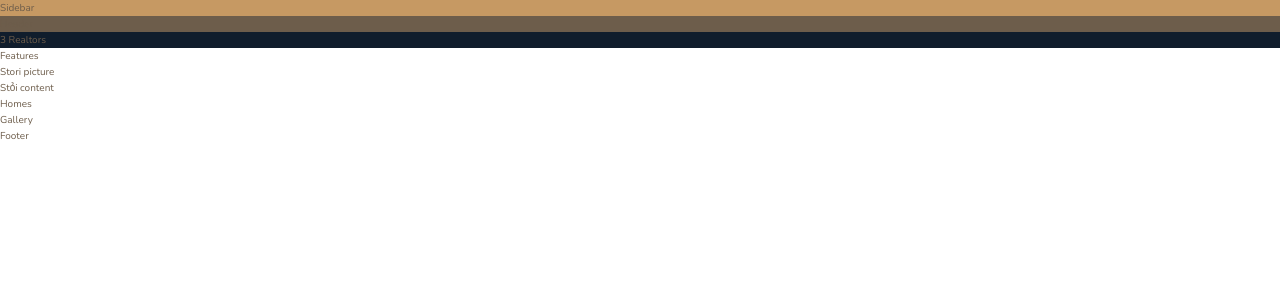
Repository: m2pd/your-home
Page: index.html
The author's editor kept a copy of each file at every save. The page is drawn from the files as they stood at one save, then again after the next save.
The browser window is 1280 px wide. The pictures show the whole page.
The style sheet was rebuilt from its Sass, Less or Tailwind sources for each picture, by a compiler version that may differ from the author's.

Above is the page before, as saved 2020-02-26 16:16:52.

After the next save:
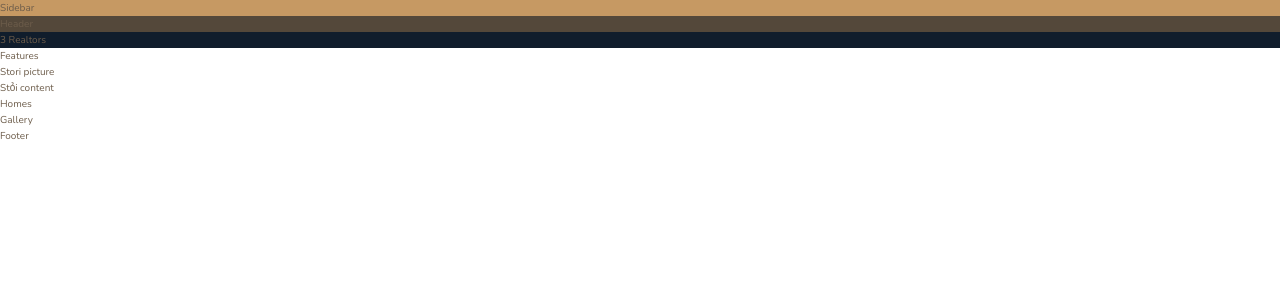
Saved 55 s later.
--- a/sass/_header.scss
+++ b/sass/_header.scss
@@ -1,3 +1,3 @@
 .header{
-    background-color: $color-grey-dark-2;
+    background-color: $color-grey-dark-1;
 }
